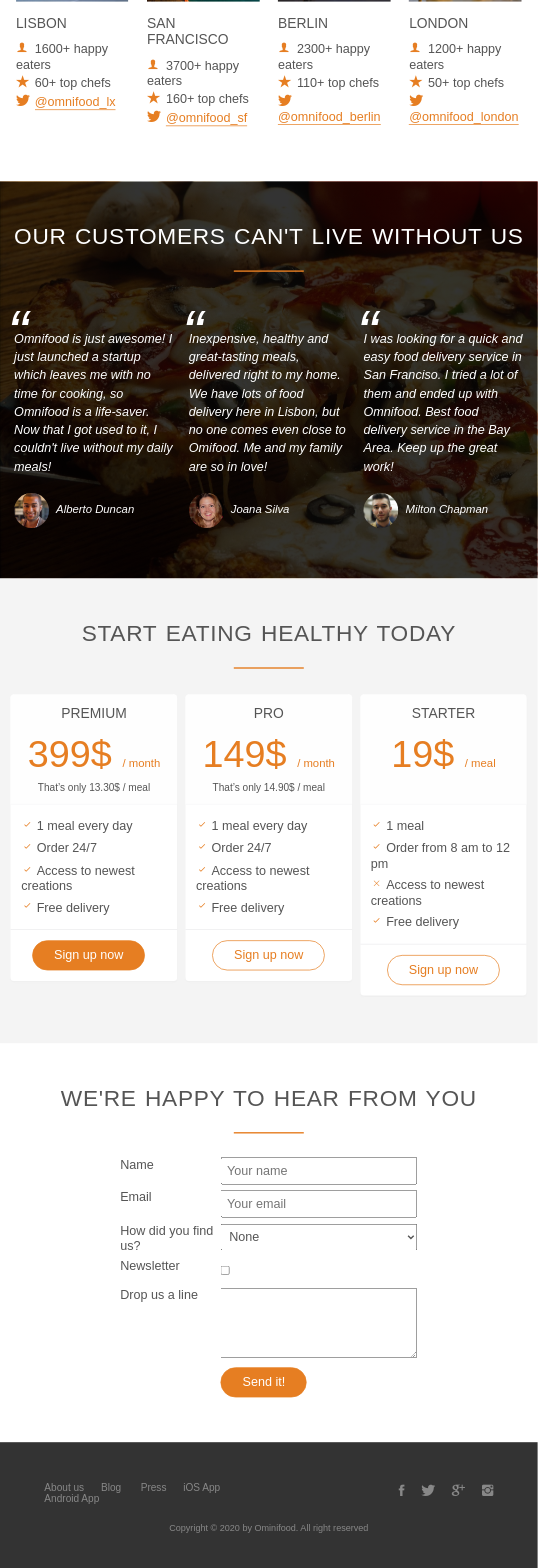
Repository: pboi18/E-Foods
Page: index.html
These files come from the project's save history. The page is drawn as it stood at one moment and after the next save; the edit follows.
The browser window is 768 px wide. The pictures show the part of the page from y = 2816 to 5056 px (the page is 5056 px tall before and 5046 px after), at 70% of full size.
Backgrounds fixed to the window are drawn as part of the page.

Above is the page before, as saved 2020-07-16 22:45:06.

### index.html
<!DOCTYPE html>
<html lang="en">
   <head>
      <meta name="viewport" content="width=device-width, initial-scale=1.0">
      <meta http-equiv="Content-Type" content="text/html;charset=UTF-8">
      <link rel="stylesheet" href="vendors/css/normalize.css">
      <link rel="stylesheet" href="vendors/css/7.1 Grid.css">
      <link rel="stylesheet" href="vendors/css/ionicons.min.css">
      <link rel="stylesheet" href="resources/css/style.css">
      <link rel="stylesheet" href="resources/css/quaries.css">
      <link href='http://fonts.googleapis.com/css?family=Lato:100,300,400,300italic' rel='stylesheet' type='text/css'>
      <title>Ominifoods</title>
   </head>

   <body>
      <header>
         <nav>
               <div class="row">
                  <img src="resources/img/logo-white.png" alt="Ominifood logo" class="logo">

                  <ul class="main-nav">
                     <li><a href="#">Food delivery</a></li>
                     <li><a href="#">How it works</a></li>
                     <li><a href="#">Our cities</a></li>
                     <li><a href="#">Sign up</a></li>
                  </ul>

               </div>
         </nav>
         <div class="hero-text-box">
               <h1>Goodbye junk food. <br> Hello super healthy meals.</h1>
               <a href="#" class="btn btn-full">I’m hungry </a>
               <a href="#" class="btn btn-ghost">Show me more </a>
         </div>

      </header>

      <section class="section-features">
         <div class="row">
               <h2>Get food fast &mdash; not fast food</h2>
               <p class="long-copy">
                  Hello, we’re Omnifood, your new premium food delivery service. We know you’re always busy. No time for cooking. So let us take care of that, we’re really good at it, we promise!
               </p>
         </div>

         <div class="row">
               <div class="col span-1-of-4 box">
                  <i class="ion-ios-infinite-outline icon-big"></i>
                  <h3>Up to 365 days/year</h3>
                  <p>
                     Never cook again! We
                     really mean that. Our subscription
                     plans include up to 365
                     days/year coverage. You can
                     also choose to order more
                     flexibly if that's your style.
                  </p>
               </div>

               <div class="col span-1-of-4 box">
                  <i class="ion-ios-stopwatch-outline icon-big"></i>
                  <h3>Ready in 20 minutes</h3>
                  <p>
                     You're only twenty minutes
                     away from your delicious and
                     super healthy meals delivered
                     right to your home. We work
                     with the best chefs in each
                     town to ensure that you're
                     100% happy.
                  </p>
               </div>

               <div class="col span-1-of-4 box">
                  <i class="ion-ios-nutrition-outline icon-big"></i>
                  <h3>100% organic</h3>
                  <p>
                     All our vegetables are fresh, organic and local. Animals are raised without added hormones or antibiotics. Good for your health, the environment, and it also tastes better!
                  </p>
               </div>

               <div class="col span-1-of-4 box">
                  <i class="ion-ios-cart-outline icon-big"></i>
                  <h3>Order anything</h3>
                  <p>
                     We don't limit your creativity, which means you can order whatever you feel like. You can also choose from our menu containing over 100 delicious meals. It's up to you!
                  </p>
               </div>
         </div>
      </section>

      <section class="section-meals">
         <ul class="meals-showcase clearfix">
               <li>
                  <figure class="meal-photo">
                     <img src="resources/img/1.jpg" alt="Korean bibimbap with egg and vegetables">
                  </figure>
               </li>
               <li>
                  <figure class="meal-photo">
                     <img src="resources/img/2.jpg" alt="Simple italian pizza with cherry tomatoes">
                  </figure>
               </li>
               <li>
                  <figure class="meal-photo">
                     <img src="resources/img/3.jpg" alt="Chicken breast steak with vegetables ">
                  </figure>
               </li>
               <li>
                  <figure class="meal-photo">
                     <img src="resources/img/4.jpg" alt="Autumn pumpkin soup">
                  </figure>
               </li>
         </ul>

         <ul class="meals-showcase clearfix">
               <li>
                  <figure class="meal-photo">
                     <img src="resources/img/5.jpg" alt="Paleo beef steak with vegetables">
                  </figure>
               </li>
               <li>
                  <figure class="meal-photo">
                     <img src="resources/img/6.jpg" alt="Healthy baguette with egg and vegetables">
                  </figure>
               </li>
               <li>
                  <figure class="meal-photo">
                     <img src="resources/img/7.jpg" alt="Burger with cheddar and bacon">
                  </figure>
               </li>
               <li>
                  <figure class="meal-photo">
                     <img src="resources/img/8.jpg" alt="Granola with cherries and strawberries">
                  </figure>
               </li>
         </ul>
      </section>

      <section class="section-steps">
         <div class="row">
               <h2>How it works &mdash; Simple as 1, 2, 3</h2>
         </div>
         <div class="row">
               <div class="col span-1-of-2 steps-box">
                  <img src="resources/img/app-iPhone.png" alt="Ominifood app on iphone" class="app-screen">
               </div>

               <div class="col span-1-of-2 steps-box">
                  <div class="works-step">
                     <div>1</div>
                     <p>Choose the subscription plan that best fits your needs and sign up today.</p>
                  </div>
                  <div class="works-step">
                     <div>2</div>
                     <p>Order your delicious meal using our mobile app or website. Or you can even call us!</p>
                  </div>
                  <div class="works-step">
                     <div>3</div>
                     <p>Enjoy your meal after less than 20 minutes. See you the next time!</p>
                  </div>

                  <a href="#" class="btn-app">
                     <img src="resources/img/download-app.png " alt="App Store Button">
                  </a>
                  <a href="#" class="btn-app" >
                     <img src="resources/img/download-app-android.png" alt="play Store Button">
                  </a>

               </div>
         </div>
      </section>


      <section class="section-cities">
         <div class="row">
            <h2>
               We're currently in these cities
            </h2>
         </div>

         <div class="row">
            <div class="col span-1-of-4 box">
               <img src="resources/img/lisbon-3.jpg" alt="Lisbon">
               <h3>Lisbon</h3>
               <div class="city-feature">
                  <i class="ion-ios-person icon-small"></i>
                  1600+ happy eaters
               </div>
               <div class="city-feature">
                  <i class="ion-ios-star icon-small"></i>
                  60+ top chefs
               </div>
               <div class="city-feature">
                  <i class="ion-social-twitter icon-small"></i>
                  <a href="#">@omnifood_lx</a>
               </div>
            </div>

            <div class="col span-1-of-4 box">
               <img src="resources/img/san-francisco.jpg" alt="San Francisco">
               <h3>San Francisco</h3>
               <div class="city-feature">
                  <i class="ion-ios-person icon-small"></i>
                  3700+ happy eaters
               </div>
               <div class="city-feature">
                  <i class="ion-ios-star icon-small"></i>
                  160+ top chefs
               </div>
               <div class="city-feature">
                  <i class="ion-social-twitter icon-small"></i>
                  <a href="#">@omnifood_sf</a>
               </div>
            </div>

            <div class="col span-1-of-4 box">
               <img src="resources/img/berlin.jpg" alt="Berlin">
               <h3>Berlin</h3>
               <div class="city-feature">
                  <i class="ion-ios-person icon-small"></i>
                  2300+ happy eaters
               </div>
               <div class="city-feature">
                  <i class="ion-ios-star icon-small"></i>
                  110+ top chefs
               </div>
               <div class="city-feature">
                  <i class="ion-social-twitter icon-small"></i>
                  <a href="#">@omnifood_berlin</a>
               </div>
            </div>

            <div class="col span-1-of-4 box">
               <img src="resources/img/london.jpg" alt="London">
               <h3>London</h3>
               <div class="city-feature">
                  <i class="ion-ios-person icon-small"></i>
                  1200+ happy eaters
               </div>
               <div class="city-feature">
                  <i class="ion-ios-star icon-small"></i>
                  50+ top chefs
               </div>
               <div class="city-feature">
                  <i class="ion-social-twitter icon-small"></i>
                  <a href="#">@omnifood_london</a>
               </div>
            </div>
         </div>


      </section>

      <section class="section-testimonials">
         <div class="row">
            <h2>Our customers can't live without us</h2>
         </div>

         <div class="row">
            <div class="col span-1-of-3">
               <blockquote>
                  Omnifood is just awesome! I just launched a startup which leaves me with no time for cooking, so Omnifood is a life-saver. Now that I got used to it, I couldn't live without my daily meals!
                  <cite><img src="resources/img/customer-1.jpg" alt="">Alberto Duncan</cite>
               </blockquote>
            </div>

            <div class="col span-1-of-3">
               <blockquote>
                  Inexpensive, healthy and great-tasting meals, delivered right to my home. We have lots of food delivery here in Lisbon, but no one comes even close to Omifood. Me and my family are so in love!
                  <cite><img src="resources/img/customer-2.jpg" alt="">Joana Silva</cite>
               </blockquote>
            </div>

            <div class="col span-1-of-3">
               <blockquote>
                  I was looking for a quick and easy food delivery service in San Franciso. I tried a lot of them and ended up with Omnifood. Best food delivery service in the Bay Area. Keep up the great work!
                  <cite><img src="resources/img/customer-3.jpg" alt="">Milton Chapman</cite>
               </blockquote>
            </div>
         </div>
      </section>

      <section class="section-plans">
         <div class="row">
            <h2>Start eating healthy today</h2>
         </div>
         <div class="row">
            <div class="col span-1-of-3">
               <div class="plan-box">
                  <div>
                     <h3>Premium</h3>
                     <p class="plan-price">399$ <span>/ month</span></p>
                     <p class="plan-price-meal">That’s only 13.30$ / meal</p>
                  </div>
                  <div>
                     <ul>
                        <li><i class="ion-ios-checkmark-empty icon-small"></i>1 meal every day</li>
                        <li><i class="ion-ios-checkmark-empty icon-small"></i>Order 24/7</li>
                        <li><i class="ion-ios-checkmark-empty icon-small"></i>Access to newest creations</li>
                        <li><i class="ion-ios-checkmark-empty icon-small"></i>Free delivery</li>
                     </ul>
                  </div>
                  <div>
                     <a href="#" class="btn btn-full" >Sign up now </a>
                  </div>
               </div>
            </div>

            <div class="col span-1-of-3">
               <div class="plan-box">
                  <div>
                     <h3>Pro</h3>
                     <p class="plan-price">149$ <span>/ month</span></p>
                     <p class="plan-price-meal">That’s only 14.90$ / meal</p>
                  </div>
                  <div>
                     <ul>
                        <li><i class="ion-ios-checkmark-empty icon-small"></i>1 meal every day</li>
                        <li><i class="ion-ios-checkmark-empty icon-small"></i>Order 24/7</li>
                        <li><i class="ion-ios-checkmark-empty icon-small"></i>Access to newest creations</li>
                        <li><i class="ion-ios-checkmark-empty icon-small"></i>Free delivery</li>
                     </ul>
                  </div>
                  <div>
                     <a href="#" class="btn btn-ghost" >Sign up now </a>
                  </div>
               </div>
            </div>

            <div class="col span-1-of-3">
               <div class="plan-box">
                  <div>
                     <h3>Starter</h3>
                     <p class="plan-price">19$ <span>/ meal</span></p>
                     <p class="plan-price-meal"> &nbsp; </p>
                  </div>
                  <div>
                     <ul>
                        <li><i class="ion-ios-checkmark-empty icon-small"></i>1 meal</li>
                        <li><i class="ion-ios-checkmark-empty icon-small"></i>Order from 8 am to 12 pm</li>
                        <li><i class="ion-ios-close-empty icon-small"></i>Access to newest creations</li>
                        <li><i class="ion-ios-checkmark-empty icon-small"></i>Free delivery</li>
                     </ul>
                  </div>
                  <div>
                     <a href="#" class="btn btn-ghost" >Sign up now </a>
                  </div>
               </div>
            </div>
         </div>
      </section>

      <section class="section-form">
         <div class="row">
            <h2>We're happy to hear from you</h2>
         </div>

         <div class="row">
            <form action="#" method="post" class="contact-form" >
               <div class="row">
                  <div class="col span-1-of-3">
                     <label for="name">Name</label>
                  </div>
                  <div class="col span-2-of-3">
                     <input type="text" name="name" id="name" placeholder="Your name" requried>
                  </div>
               </div>
               <div class="row">
                  <div class="col span-1-of-3">
                     <label for="email">Email</label>
                  </div>
                  <div class="col span-2-of-3">
                     <input type="email" name="email" id="email" placeholder="Your email" requried>
                  </div>
               </div>
               <div class="row">
                  <div class="col span-1-of-3">
                     <label for="find-us">How did you find us?</label>
                  </div>
                  <div class="col span-2-of-3">
                     <select name="find us" id="find-us" required>
                        <option value="None">None</option>
                        <option value="friends">Friends</option>
                        <option value="Social Media">Social Media</option>
                        <option value="Search Engines">Search Engines</option>
                        <option value="Advertisement">Advertisement</option>
                        <option value="Others">Others</option>

                     </select>
                  </div>
               </div>
               <div class="row">
                  <div class="col span-1-of-3">
                     <label for="newsletter">Newsletter</label>
                  </div>
                  <div class="col span-2-of-3">
                     <input type="checkbox" name="checkbox" id="newsletter" >
                  </div>
               </div>
               <div class="row">
                  <div class="col span-1-of-3">
                     <label for="message">Drop us a line</label>
                  </div>
                  <div class="col span-2-of-3">
                     <textarea name="message" id="message" ></textarea>
                  </div>
               </div>
               <div class="row">
                  <div class="col span-1-of-3">
                     <label for="">&nbsp;</label>
                  </div>
                  <div class="col span-2-of-3">
                     <input type="submit" value="Send it!">
                  </div>
               </div>
            </form>
         </div>
      </section>

      <footer>
         <div class="row">
            <div class="col span-1-of-2">
               <ul class="footer-nav">
                  <li><a href="#">About us</a></li>
                  <li><a href="#">Blog </a></li>
                  <li><a href="#">Press</a></li>
                  <li><a href="#">iOS App</a></li>
                  <li><a href="#">Android App</a></li>
               </ul>
            </div>
            <div class="col span-1-of-2">
               <ul class="social-links">
                  <li><a href="#"><i class="ion-social-facebook"></i></a></li>
                  <li><a href="#"><i class="ion-social-twitter"></i></a></li>
                  <li><a href="#"><i class="ion-social-googleplus"></i></a></li>
                  <li><a href="#"><i class="ion-social-instagram"></i></a></li>
               </ul>
            </div>
         </div>
         <div class="row">
            <p>
               Copyright &copy; 2020 by Ominifood. All right reserved
            </p>
         </div>
      </footer>

   </body>


</html>

### resources/css/quaries.css

/* from bg tab to 1200px (widths smaller than the 1140 row) */
@media only screen and (max-width: 1200px) {

    .hero-text-box {
        width: 100%;
        padding:  0 2%;
    }

    .row {
        padding: 0 2%;
    }


}


/* sm tab - bg tab: 768 - 1023px */
@media only screen and (max-width: 1023px) {
    body {
        font-size: 18px;
    }

    section {

        padding: 60px 0;
    }

    .long-copy {
        width: 80%;
        margin-left: 10%;
    }

    .steps-box { margin-top: 10px;}
    .steps-box:last-child { margin-top: 10px;}
    .works-step { margin-bottom: 40px;}
    .works-step:last-of-type { margin-bottom: 60px;}

    .app-screen { width: 50%;}

    .icon-small {
        width: 17px;
        margin-right: 5px;
    }

    .city-featurev{
        font-size: 90%;
    }

    .plan-box {
        width: 100%;
        margin-left: 0%;
    }
}

/* small phones to small tablets: from 481px - 767px */
@media only screen and (max-width: 767px) {

}


/* small phones: from 0 - 480px */
@media only screen and (max-width: 480px) {

}

Loaded but not shown: vendors/css/normalize.css (library); vendors/css/7.1 Grid.css (library); vendors/css/ionicons.min.css (library); resources/css/style.css (591 lines, source omitted)

After the next save:
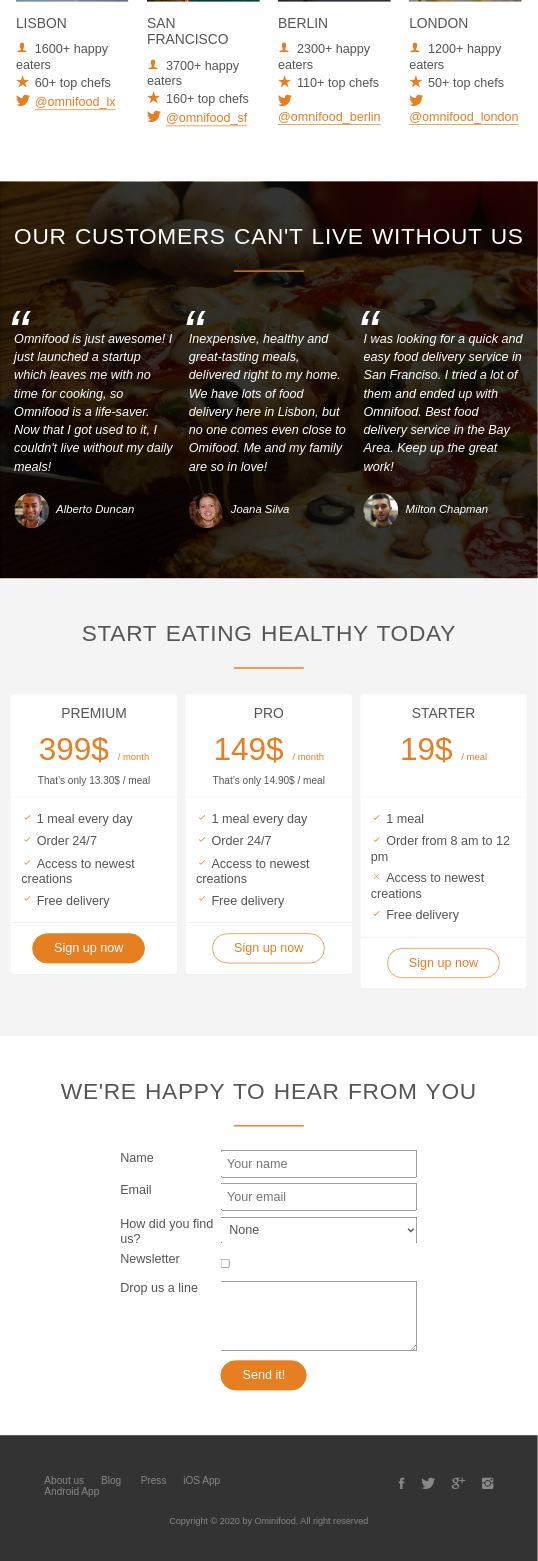
Saved 36 s later.
--- a/resources/css/quaries.css
+++ b/resources/css/quaries.css
@@ -51,6 +51,10 @@
         width: 100%;
         margin-left: 0%;
     }
+
+    .plan-price {
+        font-size: 250%;
+    }
 }
 
 /* small phones to small tablets: from 481px - 767px */
